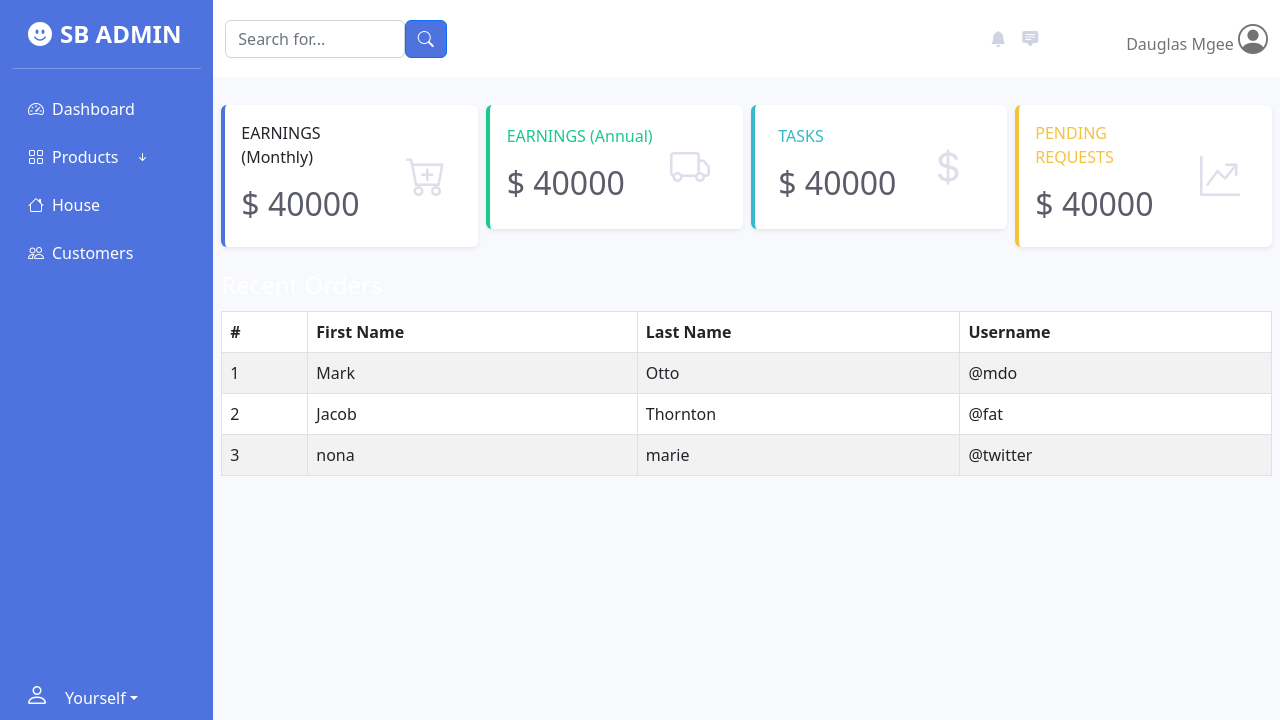
Repository: iqbalaamir/dashboard
Page: /
The author's editor kept a copy of each file at every save. The page is drawn from the files as they stood at one save, then again after the next save.
The browser window is 1280 px wide. The pictures show the whole page.
The project was rebuilt for these pictures with package versions that can differ from the ones it lists, and the page was loaded fresh each time. Also part of the build but not shown: src/App.css.

Above is the page before, as saved 2023-04-24 22:45:14.

### src/App.js
import "./App.css";
import NavbarComponent from "./components/NavbarComponent";
import Sidebar from "./components/Sidebar";
import Container from "react-bootstrap/Container";
import Row from "react-bootstrap/Row";
import Col from "react-bootstrap/Col";

function App() {
  return (
   <div>
    <Sidebar/>
   </div>
  );
}

export default App;

### src/components/NavbarComponent.js
import Button from "react-bootstrap/Button";
import Container from "react-bootstrap/Container";
import Form from "react-bootstrap/Form";
import Nav from "react-bootstrap/Nav";
import Navbar from "react-bootstrap/Navbar";
import NavDropdown from "react-bootstrap/NavDropdown";

function NavbarComponent() {
  return (
    <Navbar style={{backgroundColor:"white"}} expand="lg">
      <Container fluid>
        <Form className="d-flex">
          <Form.Control
            type="search"
            placeholder="Search for..."
            className=""
            aria-label="Search"
            style={{width:"60%"}}
          />
          <Button style={{ backgroundColor: "#4e73df" }}>
            {" "}
            <i class="bi bi-search"></i>
          </Button>
        </Form>

        <Navbar.Toggle />

        <Navbar.Collapse className="justify-content-end">
          <Nav
            className="my-2 my-lg-0"
            style={{ maxHeight: "100px" }}
            navbarScroll
          >
            <Nav.Link href="#action2">
              <i class="bi bi-bell-fill" style={{color:"#d1d3e2"}}></i>
            </Nav.Link>
            <Nav.Link href="#action2">
              <i class="bi bi-chat-square-text-fill" style={{color:"#d1d3e2"}}></i>
            </Nav.Link>
            {/* <NavDropdown title="Messages" id="navbarScrollingDropdown">

              <NavDropdown.Item href="#action3">Action</NavDropdown.Item>
              <NavDropdown.Item href="#action4">
                Another action
              </NavDropdown.Item>
              <NavDropdown.Divider />
              <NavDropdown.Item href="#action5">
                Something else here
              </NavDropdown.Item>
            </NavDropdown> */}
          </Nav>
          <Navbar.Text style={{marginLeft:80}}>
            {/* Signed in as: <a href="#login">Mark Otto</a> */}
            Dauglas Mgee <i class="bi bi-person-circle" style={{fontSize:30}}></i>
          </Navbar.Text>
        </Navbar.Collapse>
      </Container>
    </Navbar>
  );
}

export default NavbarComponent;

### src/components/Sidebar.js
import React from "react";
import "bootstrap/dist/css/bootstrap.min.css";
import "bootstrap-icons/font/bootstrap-icons.css";
import "bootstrap/js/dist/dropdown";
import "bootstrap/js/dist/collapse";
import "./sidebar.css";
import NavbarComponent from "./NavbarComponent";
import HomeComponent from "./HomeComponent"

export default function Sidebar() {
  return (
    <div className="container-fluid">
      <div className="row">
        <div className="col-auto col-sm-2 sideNav d-flex flex-column justify-content-between min-vh-100">
          <div className="mt-3">
            <a
              className="text-decoration-none ms-3 d-flex align-items-center text-white customHeading"
              role="button"
            >
                 <i className="bi bi-emoji-smile-fill"></i>
              <span className="ms-2 d-none d-sm-inline">SB ADMIN</span>
            </a>
            <hr className="text-white d-none d-sm-block"></hr>
            <ul class="nav nav-pills flex-column mt-2 mt-sm-0" id="parentM">
              <li class="nav-item  my-1 py-2 py-sm-0">
                <a
                  class="nav-link text-white text-center text-sm-start"
                  href="#"
                  aria-current="page"
                >
                  <i className="bi bi-speedometer2"></i>
                  <span className="ms-2 d-none d-sm-inline">Dashboard</span>
                </a>
              </li>
              <li class="nav-item  my-1 py-2 py-sm-0">
                <a
                  class="nav-link text-white text-center text-sm-start"
                  href="#submenu"
                  data-bs-toggle="collapse"
                  aria-current="page"
                >
                  <i className="bi bi-grid"></i>
                  <span className="ms-2 d-none d-sm-inline">Products</span>
                  <i className="bi bi-arrow-down-short ms-0 ms-sm-3"></i>
                </a>
                <ul
                  class="nav collapse ms-2 flex-column"
                  id="submenu"
                  data-bs-parent="#parentM"
                >
                  <li class="nav-item ">
                    <a class="nav-link text-white" href="#" aria-current="page">
                      <span className="d-none d-sm-inline"> Item</span>1
                    </a>
                  </li>
                  <li class="nav-item ">
                    <a class="nav-link text-white" href="#">
                      <span className="d-none d-sm-inline"> Item</span>2
                    </a>
                  </li>
                </ul>
              </li>
              <li class="nav-item  my-1">
                <a
                  class="nav-link text-white text-center text-sm-start"
                  href="#"
                  aria-current="page"
                >
                  <i className="bi bi-house"></i>
                  <span className="ms-2 d-none d-sm-inline">House</span>
                </a>
              </li>
              <li class="nav-item text-white my-1">
                <a
                  class="nav-link text-white text-center text-sm-start"
                  href="#"
                  aria-current="page"
                >
                  <i className="bi bi-people"></i>
                  <span className="ms-2 d-none d-sm-inline">Customers</span>
                </a>
              </li>
            </ul>
          </div>
          <div class="dropdown open">
            <a
              class="btn border-none dropdown-toggle text-white"
              type="button"
              id="triggerId"
              data-bs-toggle="dropdown"
              aria-haspopup="true"
              aria-expanded="false"
            >
              <i className="bi bi-person fs-4"></i>
              <span className="f5-5 ms-3 d-none d-sm-inline">Yourself</span>
            </a>
            <div class="dropdown-menu" aria-labelledby="triggerId">
              <a class="dropdown-item" href="#">
                Profile
              </a>
              <a class="dropdown-item" href="#">
                Setting
              </a>
            </div>
          </div>

        </div>
        <div className="col" style={{backgroundColor:"#f8f9fc",padding:0}}>
       <NavbarComponent/>
       <HomeComponent/>
        </div>

      </div>
    </div>
  );
}

### src/components/sidebar.css
#parentM li a:hover {
    background-color: #9eacd4;

}
.sideNav{
   background-color: #4e73df;
}
.customHeading{
    font-weight: bold;
    font-size: x-large;
}

### src/components/HomeComponent.js
import React from "react";
import TableComponent from "./TableComponent";

function Home() {
  return (
    <div className="">
      <div className="container-fluid">
        <div className="row g-3 my-2">
          <div className="col-md-3 p-1">
            <div
              className="p-3 bg-white shadow-sm d-flex justify-content-around align-items-center rounded"
              style={{
                borderLeft: "solid",
                borderLeftWidth: "4px",
                borderLeftColor: "#4e73df",
              }}
            >
              <div>
                <p className="fs-12" style={{ color: "#" }}>
                  EARNINGS (Monthly)
                </p>
                <h5 className="fs-2" style={{ color: "#5a5c69" }}>
                  $ 40000
                </h5>
              </div>
              <i
                className="bi bi-cart-plus p-3 fs-1"
                style={{ color: "#dddfeb" }}
              ></i>
            </div>
          </div>
          <div className="col-md-3 p-1">
            <div className="p-3 bg-white shadow-sm d-flex justify-content-around align-items-center rounded"
             style={{
              borderLeft: "solid",
              borderLeftWidth: "4px",
              borderLeftColor: "#1cc88a",
            }}>
              <div>
                <p className="fs-12" style={{ color: "#1cc88a" }}>
                  EARNINGS (Annual)
                </p>
                <h5 className="fs-2" style={{ color: "#5a5c69" }}>
                  $ 40000
                </h5>
              </div>
              <i
                className="bi bi-truck p-3 fs-1"
                style={{ color: "#dddfeb" }}
              ></i>
            </div>
          </div>
          <div className="col-md-3 p-1">
            <div className="p-3 bg-white shadow-sm d-flex justify-content-around align-items-center rounded"
             style={{
              borderLeft: "solid",
              borderLeftWidth: "4px",
              borderLeftColor: "#36b9cc",
            }}>
              <div>
                <p className="fs-12" style={{ color: "#36b9cc" }}>
                  TASKS
                </p>
                <h5 className="fs-2" style={{ color: "#5a5c69" }}>
                  $ 40000
                </h5>
              </div>
              <i
                className="bi bi-currency-dollar p-3 fs-1"
                style={{ color: "#dddfeb" }}
              ></i>
            </div>
          </div>
          <div className="col-md-3 p-1">
            <div className="p-3 bg-white shadow-sm d-flex justify-content-around align-items-center rounded"
             style={{
              borderLeft: "solid",
              borderLeftWidth: "4px",
              borderLeftColor: "#f6c23e",
            }}>
              <div>
                <p className="fs-12" style={{ color: "#f6c23e" }}>
                  PENDING REQUESTS
                </p>
                <h5 className="fs-2" style={{ color: "#5a5c69" }}>
                  $ 40000
                </h5>
              </div>
              <i
                className="bi bi-graph-up-arrow p-3 fs-1"
                style={{ color: "#dddfeb" }}
              ></i>
            </div>
          </div>
        </div>
      </div>
      <div className="px-2">
        <TableComponent />
      </div>
    </div>
  );
}

export default Home;

### src/components/TableComponent.js
import Table from 'react-bootstrap/Table';

function TableComponent() {
  return (
    <Table striped bordered hover className='table caption-top bg-white rounded mt-2'>
      <caption className='fs-4 text-white'>Recent Orders</caption>
      <thead>
        <tr>
          <th>#</th>
          <th>First Name</th>
          <th>Last Name</th>
          <th>Username</th>
        </tr>
      </thead>
      <tbody>
        <tr>
          <td>1</td>
          <td>Mark</td>
          <td>Otto</td>
          <td>@mdo</td>
        </tr>
        <tr>
          <td>2</td>
          <td>Jacob</td>
          <td>Thornton</td>
          <td>@fat</td>
        </tr>
        <tr>
          <td>3</td>
          <td>nona</td>
          <td>marie</td>
          <td>@twitter</td>
        </tr>
      </tbody>
    </Table>
  );
}

export default TableComponent;

Loaded but not shown: public/index.html (common file); src/index.js (common file); src/index.css (common file); src/reportWebVitals.js (common file)

After the next save:
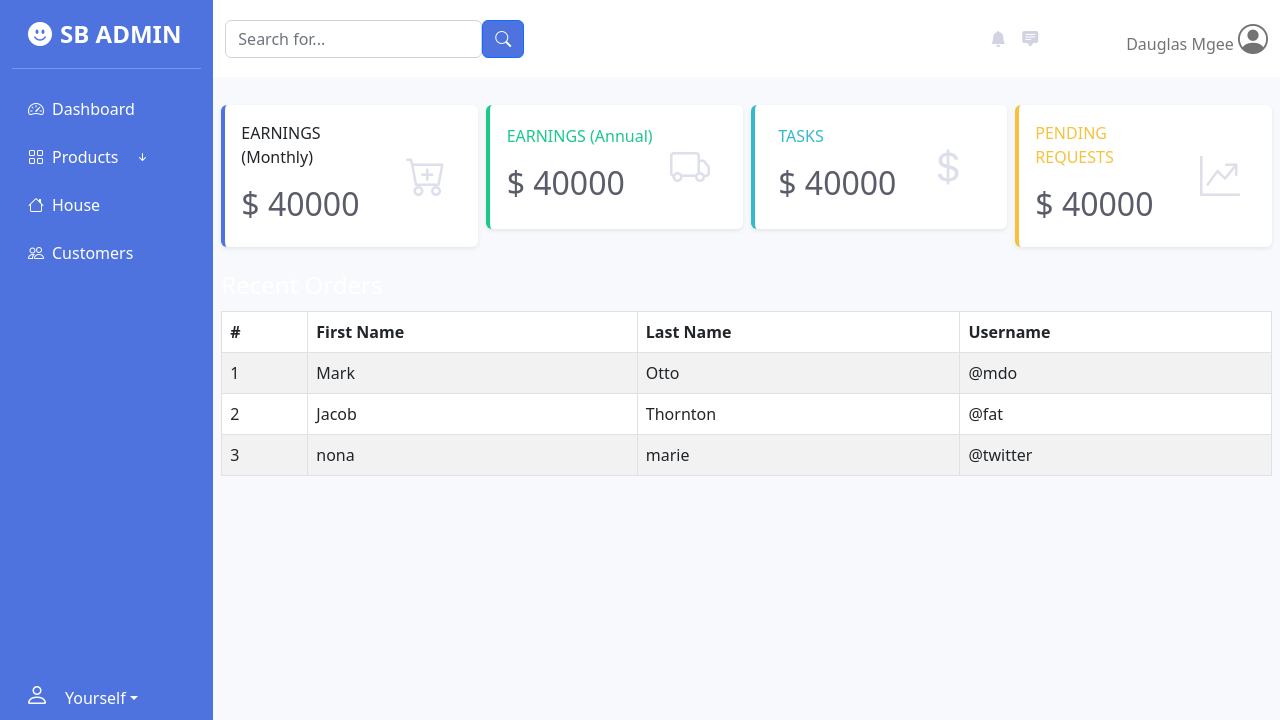
Saved 6 s later.
--- a/src/components/NavbarComponent.js
+++ b/src/components/NavbarComponent.js
@@ -15,7 +15,7 @@ function NavbarComponent() {
             placeholder="Search for..."
             className=""
             aria-label="Search"
-            style={{width:"60%"}}
+            style={{width:"200"}}
           />
           <Button style={{ backgroundColor: "#4e73df" }}>
             {" "}
